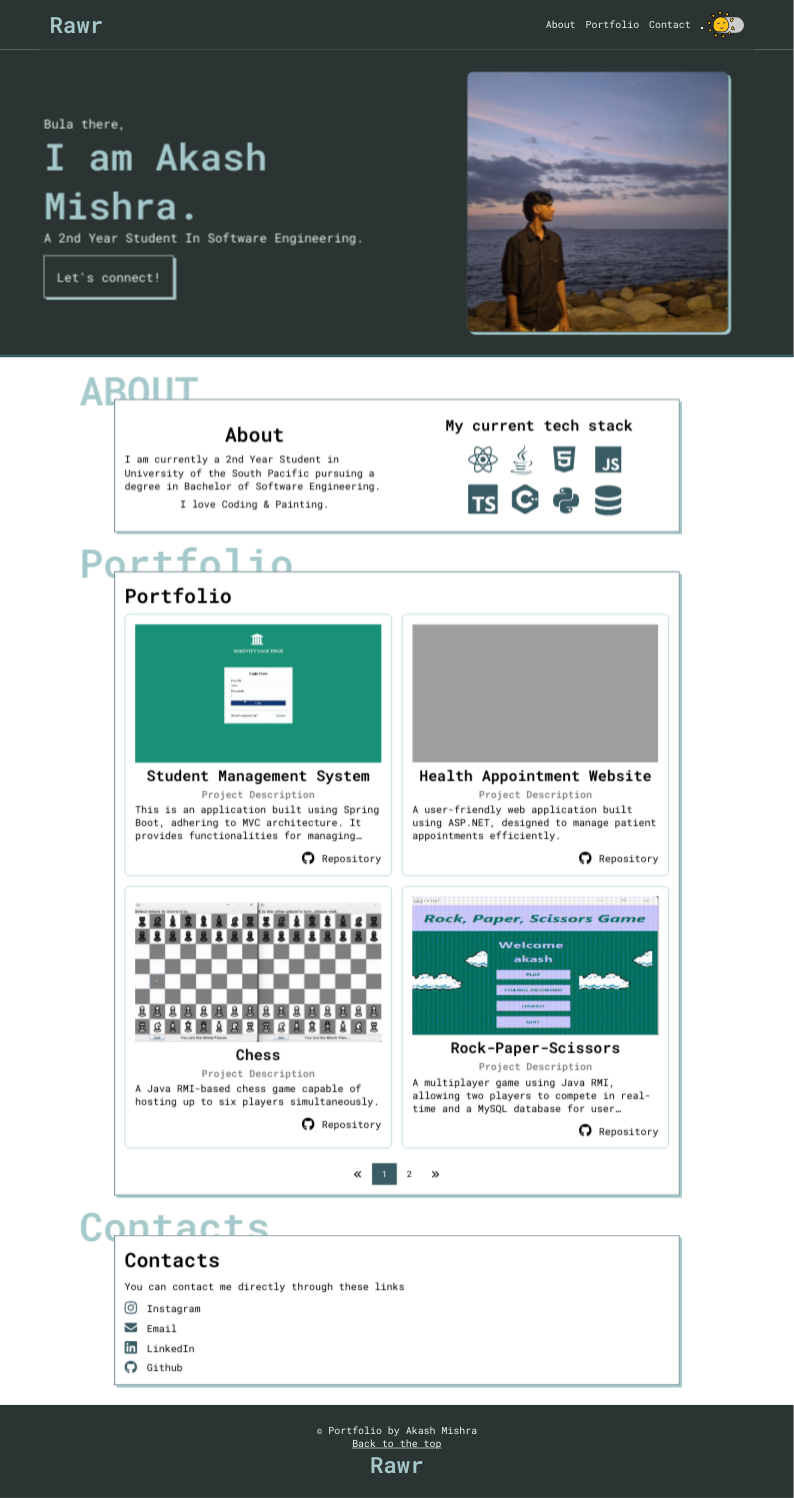
Repository: akashrawr/portfolio
Page: /
An editor plug-in stored every save of this project. The page is shown before and after the next save, followed by the edit.
The browser window is 1280 px wide. The pictures show the whole page, at 62% of full size.
Pictures or frames that could not be fetched are drawn as grey boxes. The project was rebuilt for these pictures with package versions that can differ from the ones it lists, and the page was loaded fresh each time.

Above is the page before, as saved 2025-01-01 19:03:42.

### public/index.html
<!DOCTYPE html>
<html lang="en">
  <head>
    <meta charset="utf-8" />
    <link rel="icon" href="%PUBLIC_URL%/favicon.ico" />
    <meta name="viewport" content="width=device-width, initial-scale=1" />
    <meta name="theme-color" content="#000000" />
    <meta
      name="description"
      content="Personal web Portfolio"
    />
    <link rel="apple-touch-icon" href="%PUBLIC_URL%/logo192.png" />
    <!--
      manifest.json provides metadata used when your web app is installed on a
      user's mobile device or desktop. See https://developers.google.com/web/fundamentals/web-app-manifest/
    -->
    <link rel="manifest" href="%PUBLIC_URL%/manifest.json" />
    <!--
      Notice the use of %PUBLIC_URL% in the tags above.
      It will be replaced with the URL of the `public` folder during the build.
      Only files inside the `public` folder can be referenced from the HTML.

      Unlike "/favicon.ico" or "favicon.ico", "%PUBLIC_URL%/favicon.ico" will
      work correctly both with client-side routing and a non-root public URL.
      Learn how to configure a non-root public URL by running `npm run build`.
    -->
    <title>akashrawr</title>
  </head>
  <body>
    <noscript>You need to enable JavaScript to run this app.</noscript>
    <div id="root"></div>
    <!--
      This HTML file is a template.
      If you open it directly in the browser, you will see an empty page.

      You can add webfonts, meta tags, or analytics to this file.
      The build step will place the bundled scripts into the <body> tag.

      To begin the development, run `npm start` or `yarn start`.
      To create a production bundle, use `npm run build` or `yarn build`.
    -->
  </body>
</html>

### src/App.js
import React, { useState, useEffect } from 'react';
import './App.css';
import AOS from 'aos';
import 'aos/dist/aos.css';

// Import components
import Header from './components/Header';
import Hero from './components/Hero';
import About from './components/About';
import Portfolio from './components/Portfolio';
import Contact from './components/Contact';
import Footer from './components/Footer';

function App() {
  useEffect(() => {
    AOS.init({ once: true, delay: 0 });
  }, []);

  const [isNavVisible, setIsNavVisible] = useState(false);
  const [darkMode, setDarkMode] = useState(false);

  const toggleNav = () => {
    setIsNavVisible(!isNavVisible);
  };

  const toggleDarkMode = () => {
    setDarkMode(!darkMode);
    document.body.classList.toggle('dark-mode', !darkMode);
  };

  return (
    <div>
      <Header
        isNavVisible={isNavVisible}
        toggleNav={toggleNav}
        darkMode={darkMode}
        toggleDarkMode={toggleDarkMode}
      />
      <main>
        <Hero />
        <About />
        <Portfolio />
        <Contact />
      </main>
      <Footer />
    </div>
  );
}

export default App;

### src/App.css
@import url("https://fonts.googleapis.com/css2?family=Roboto+Mono:wght@300;400;600&display=swap");

:root {
  --primary-color: #2c3333;
  --secondary-color: #395b64;
  --accent-1: #a5c9ca;
  --accent-2: #e7f6f2;
  --neutral-1: black;
  --neutral-2: white;
  --neutral-3: white;
  --neutral-4: black;
  --icon-1: #395b64;

  --dark-primary-color: #121212;
  --dark-secondary-color: #1f1f1f;
  --dark-accent-1: #6c757d;
  --dark-accent-2: #adb5bd;
  --dark-neutral-1: #ffffff;
  --dark-neutral-2: #121212;
  --dark-neutral-3:#1f1f1f;
  --dark-neutral-4: #938f8f;
  --dark-icon-1: #938f8f;

}

*,
*::after,
*::before {
  margin: 0;
  padding: 0;
  font-family: "Roboto Mono", monospace;
  box-sizing: border-box;


}

html {
  scroll-behavior: smooth;
}

body {
  overflow-x: hidden;
  background-color: var(--neutral-3);
  color: var(--neutral-1);
  font-family: "Roboto Mono", monospace;
}

body.dark-mode {
  --primary-color: var(--dark-primary-color);
  --secondary-color: var(--dark-secondary-color);
  --accent-1: var(--dark-accent-1);
  --accent-2: var(--dark-accent-2);
  --neutral-1: var(--dark-neutral-1);
  --neutral-2: var(--dark-neutral-2);
  --neutral-3: var(--dark-neutral-3);
  --neutral-4: var(--dark-neutral-4);
  --icon-1:var(--dark-icon-1);
}


/* Navbar styles */

header {
  display: flex;
  align-items: center;
  justify-content: center;

  max-width: 100vw;
  background-color: var(--primary-color);
}

a {
  font-size: 14px;
  text-decoration: none;
}

h1 {
  font-family: "Roboto Mono", monospace;
}

.navbar-nav {
  display: flex;
  align-items: center;
  justify-content: space-between;
  background-color: var(--primary-color);
  padding: 1rem;
  width: 90%;
}

.nav-logo {
  grid-column: 1;
}

.nav-logo > h1 {
  font-size: 30px;
  color: var(--accent-1);
}

.primary-nav {
  display: flex;
  list-style: none;
  gap: 16px;

  grid-column: 2;
  justify-self: end;
}

.mobile-nav-toggle {
  display: none;
  cursor: pointer;
}

.nav-link:link,
.nav-link:visited {
  font-size: 16px;
  color: var(--accent-2);

  transition: 300ms ease-in-out;
}

.nav-link:hover {
  font-weight: 600;
  color: var(--accent-1);
}


/* Dark mode toggle button */
.theme-toggle {
  background: none;
  border: none;
  cursor: pointer;
  padding: 8px;
  display: flex;
  align-items: center;
}

.nav-icons {
  --size: 30px;
  width: var(--size);
  aspect-ratio: 1;
  cursor: pointer;
}



@media only screen and (max-width: 35em) {
  .primary-nav {
    position: fixed;
    top: 0;
    right: 0;
    bottom: 0;
    width: 125px;

    flex-direction: column;
    padding: min(15vh, 3rem) 1rem;
    background-color: var(--primary-color);
    border-left: 2px solid rgb(111, 111, 111); /* Add this line for the left border */

    z-index: 9999;

    transform: translateX(100%);
    transition: transform 350ms ease-out;
  }


  .nav-link:link,
  .nav-link:visited {
    font-size: 15px;
    color: var(--accent-1);
  }

  .primary-nav[data-visible="true"] {
    transform: translateX(0%);
  }

  .mobile-nav-toggle[aria-expanded="true"] {
    background: url('data:[embedded picture, 416 characters]') center center no-repeat;
  }

  .mobile-nav-toggle {
    display: block;
    position: absolute;
    background: url('data:[embedded picture, 417 characters]') center center no-repeat;

    width: 1.25rem;
    aspect-ratio: 1;

    border: none;

    top: 1.4rem;
    right: 2.5rem;
    z-index: 10000;

    transition: 250ms ease-in-out;
  }
}

/* Section styles */

section {
  display: flex;
  align-items: center;
  justify-content: center;

  max-width: 100vw;
  position: relative;
}

/* HERO SECTION */
#hero {
  background-color: var(--primary-color);
  border-bottom: 4px solid var(--icon-1);
  padding: 2.2rem;
}

/* Main container for text and image */
.hero-main-container {
  display: flex;
  flex-wrap: wrap;
  align-items: center;
  justify-content: space-between;
  gap: 16px;
}

/* Text Container */
.hero-container {
  flex: 1;
  display: flex;
  flex-direction: column;
  gap: 16px;
  padding: 2.2rem;
  width: 90%;
  height: 350px;
  animation: fade-in 500ms linear forwards;
}

.hero-text-container > h2 {
  font-size: 28px;
  color: var(--accent-1);
}

.hero-text-container > p {
  font-size: 12px;
  color: var(--accent-2);
}

.hero-button {
  align-self: flex-start;

  font-size: 14px;
  padding: 1em;

  color: var(--accent-2);
  background-color: transparent;

  border: 1px solid var(--accent-2);
  box-shadow: 4px 4px 0px var(--accent-1);

  transition: 300ms ease-in-out;
}

.hero-button:hover {
  background-color: var(--accent-2);
  color: var(--primary-color);
  box-shadow: 6px 6px 0px var(--secondary-color);
}

/* Image Container */
.hero-img {
  flex: 1;
  display: flex;
  justify-content: center;
  align-items: center;
}

.hero-image {
  max-width: 75%;
  height: auto;
  border-radius: 10px;
  box-shadow: 0 4px 8px rgba(0, 0, 0, 0.1);
  border: 1px solid var(--secondary-color);
  background-color: var(--neutral-2);

  width: 100%;


  box-shadow: 4px 4px 0px var(--accent-1);
}


/* Responsive Styles */
@media screen and (max-width: 768px) {
  .hero-main-container {
    flex-direction: column;
  }

  .hero-img {
    margin-top: 20px;
  }

  .hero-text-container {
    text-align: left;
  }
}
.hero-text-container > h2 {
  font-size: 20px;
  color: var(--accent-1);
}
.project-card > h3 {
  font-size: 12px;
  color: var(--secondary-color);
}

/* ABOUT */

#about {
  padding: 2rem;
  margin-top: 36px;
  animation: fade-in 500ms linear forwards;

}

.wave-asset {
  width: 100%;
  position: absolute;

  top: 0;
  left: 0;
}

.about-container {
  display: flex;
  align-items: center;
  justify-content: center;
  background-color: var(--neutral-2);
  width: 90%;
  z-index: 999;
}

.about-card,
.portfolio-card,
.contact-card {
  display: flex;
  flex-direction: column;
  gap: 16px;
  border: 1px solid var(--secondary-color);
  background-color: var(--neutral-2);

  width: 100%;
  padding: 1rem;

  box-shadow: 4px 4px 0px var(--accent-1);
}

.about-content,
.portfolio-content {
  width: 100%;
  display: flex;
  flex-direction: column;
  gap: 8px;
}

.about-content > h2,
.about-content > h3 {
  color: var(--neutral-4);
}

.about-content > p {
  font-size: 12px;
  color: var(--neutral-4);
}

.tech-stack-grid {
  width: 65%;
  display: grid;
  grid-template-columns: repeat(4, 1fr);
  place-items: center;
}

.tech-stack {
  --size: 30px;
  width: var(--size);
  aspect-ratio: 1;
}

/* Portfolio container */

#portfolio {
  padding: 2rem;
  animation: fade-in 500ms linear forwards;
}

.portfolio-container {
  width: 90%;
  z-index: 999;
}

.project-container {
  display: grid;
  grid-template-columns: repeat(2, 1fr);
  gap: 16px;
}

.portfolio-content > h2 {
  color: var(--neutral-4);
}

.project-card {
  display: flex;
  flex-direction: column;
  gap: 4px;

  padding: 1rem;
  border-radius: 8px;
  border: 1px solid var(--accent-1);
}

.project-card > h3 {
  color: var(--neutral-4);
}

.project-card > h5 {
  color: var(--neutral-4);
  opacity: 0.5;
}

.project-card > p {
  font-size: 12px;
  width: 100%;
  display: -webkit-box;
  -webkit-box-orient: vertical;
  -webkit-line-clamp: 3;
  overflow: hidden;
  color: var(--neutral-4);
}

.project-img {
  width: 100%;
  aspect-ratio: 16/9;
}

.project-card-links {
  align-self: flex-end;

  margin-top: 10px;
  display: flex;
  align-items: center;
  gap: 12px;
}

.project-icons {
  --size: 20px;
  width: var(--size);
  aspect-ratio: 1;
}

.project-card-links > a {
  display: flex;
  align-items: center;
  color: var(--neutral-4);
  font-size: 10px;
  gap: 4px;
}

.project-card-links > a:link,
.project-card-links > a:visited {

  color: var(--neutral-4);
}

.project-card-links > a:hover {
  font-weight: 600;
  color: var(--accent-1);
}

/* CONTACT */
#contact {
  padding: 2rem;
  animation: fade-in 500ms linear forwards;
}

.contact-container {
  width: 90%;
  z-index: 999;
}

.contact-card {
  width: 100%;
  gap: 12px;
}
.contact-card > h2 {
    color: var(--neutral-4);
}

.contact-card > p {
  font-size: 12px;
  color: var(--neutral-4);
}

.contact-links {
  display: flex;
  flex-direction: column;
  gap: 8px;
}

.contact-links > a {
  display: flex;
  align-items: center;
  gap: 8px;
}

.contact-links > a:link,
.contact-links > a:visited {
  color: var(--neutral-4);
}

.contact-links > a:hover {
  font-weight: 600;
  color: var(--accent-1);
}
.contact-icons {
  --size: 20px;
  width: var(--size);
  aspect-ratio: 1;
}

/* extras */
.section-highlight {
  font-size: 4rem;
  font-weight: 600;
  opacity: 0.5;
  color: var(--accent-1);

  position: absolute;
  top: 0;
  left: 100px;
}

/* footer */
footer {
  display: flex;
  align-items: center;
  justify-content: center;
  color: var(--accent-2);
  max-width: 100vw;
  background-color: var(--primary-color);
  min-height: 150px;
}

.footer-content {
  text-align: center;
  font-size: 12px;
  width: 90%;

  color: var(--accent-2);
}

.footer-content > a {
  text-decoration: underline;
}

.footer-content > a:link,
.footer-content > a:visited {
  color: var(--accent-2);
}

.footer-content > a:hover {
  color: var(--accent-1);
}
/* media queries */

@media only screen and (max-width: 35em) {
  .hero-container {
    padding: 1rem;
    height: 200px;
  }
  .project-container {
    grid-template-columns: 1fr;
  }
  .tech-stack-grid {
    width: 100%;
  }
  .section-highlight {
    font-size: 3.5rem;
    top: -16px;
    left: 6vw;
  }
}

@media only screen and (min-width: 35em) {
  .hero-container {
    height: 250px;
  }
  .about-container,
  .portfolio-container,
  .contact-container {
    width: 75%;
  }

  .about-card,
  .portfolio-card {
    align-items: center;
    justify-content: center;
    flex-direction: row;
    gap: 20px;
  }

  .section-highlight {
    top: -26px;
    left: 10vw;
  }
}

@media only screen and (min-width: 768px) {
  .nav-logo > h1 {
    font-size: 36px;
  }

  /* hero */
  .hero-container {
    height: 350px;
  }

  .hero-text-container > p {
    font-size: 20px;
  }

  .hero-text-container > h2 {
    font-size: 60px;
  }

  .hero-button {
    font-size: 20px;
  }

  /* about */
  .about-card {
    gap: 40px;
  }

  .about-content > h2 {
    font-size: 32px;
  }

  .about-content > h3 {
    font-size: 24px;
  }

  .about-content > p {
    font-size: 16px;
  }

  .tech-stack-section {
    align-self: flex-start;
    margin-top: 8px;
  }

  .tech-stack {
    --size: 40px;
    width: var(--size);
    aspect-ratio: 1;
  }

  /* portfolio */
  .portfolio-content > h2 {
    font-size: 32px;
  }

  .project-card > h3 {
    font-size: 24px;
  }

  .project-card > h5,
  .project-card > p {
    font-size: 16px;
  }

  .project-card-links > a {
    font-size: 16px;
  }

  /* contacts */
  .contact-card > h2 {
    font-size: 32px;
  }

  .contact-card > p {
    font-size: 16px;
  }

  .contact-links > a {
    font-size: 16px;
  }
  .footer-content,
  .footer-content > a {
    font-size: 16px;
  }
}

@media only screen and (min-width: 1024px) {
  .section-highlight {
    top: -26px;
    left: 10vw;
  }
}

@keyframes fade-in {
  0% {
    opacity: 0;
  }
  100% {
    opacity: 1;
  }
}

/* Adjust specific sections as needed for React-specific behaviors */
.primary-nav.visible {
  transform: translateX(0%);
}

/* The switch - the box around the slider */
.switch {
  position: relative;
  display: inline-block;
  width: 50px;
  height: 25px;
}

/* Hide default HTML checkbox */
.switch input {
  opacity: 0;
  width: 0;
  height: 0;
}

/* The slider */
.slider {
  position: absolute;
  cursor: pointer;
  top: 0;
  left: 0;
  right: 0;
  bottom: 0;
  background-color: #ccc;
  -webkit-transition: .4s;
  transition: .4s;
  border-radius: 25px; /* Rounded edges for the slider */
  display: flex;

  align-items: center;
}

/* Adjust the icon size to 48x48 pixels */
.slider .icon {
  position: absolute;
  width: 48px;
  height: 48px;
  transition: .4s;
}

/* When the input is checked (dark mode is on) */
input:checked + .slider {
  background-color: #3e4346; /* Change background color on check */
}

input:focus + .slider {
  box-shadow: 0 0 1px #2196F3;
}

/* Move the icons when the input is checked (dark mode) */
input:checked + .slider .icon {
  transform: translateX(20px); /* Move the icon to the right */
}

/* Default state (light mode) */
input:not(:checked) + .slider .icon {
  transform: translateX(-15px) translateY(-2px); /* Icon remains in the default position */
  width: 52px; /* Further reduced icon size for very small screens */
  height: 52px; /* Further reduced icon size for very small screens */
}

.about-icon {
  color: var(--icon-1); /* Change to any shade of blue you prefer */
  font-size: 3rem; /* Adjust size as needed */
  margin: 0.5rem;
}

.project-icons {
  margin-right: 0.5rem; /* Space between icon and text */
  font-size: 1.5rem; /* Adjust icon size */
  color: inherit; /* Match the color of the link */
}

.contact-icons {
  margin-right: 0.5rem; /* Space between icon and text */
  font-size: 1.5rem; /* Adjust icon size */
  color: var(--icon-1);
}

/* Responsive Adjustments */
@media (max-width: 768px) {
  .about-icon {
    font-size: 2.5rem; /* Slightly smaller on smaller devices */
    margin: 0.4rem;
  }

  .project-icons {
    font-size: 1.2rem; /* Smaller icon size on smaller screens */
    margin-right: 0.4rem;
  }

  .contact-icons {
    font-size: 1.2rem; /* Smaller icon size on smaller screens */
    margin-right: 0.4rem;
  }
}

@media (max-width: 480px) {
  .about-icon {
    font-size: 2rem; /* Even smaller on very small devices */
    margin: 0.3rem;
  }

  .project-icons {
    font-size: 1rem; /* Further reduced icon size for very small screens */
    margin-right: 0.3rem;
  }

  .contact-icons {
    font-size: 1rem; /* Further reduced icon size for very small screens */
    margin-right: 0.3rem;
  }
}

.pagination {
  display: flex;
  justify-content: center;
  align-items: center;
  margin-top: 1rem;
}

.pagination a {
  color: var(--neutral-4);
  padding: 8px 16px;
  text-decoration: none;
}

.pagination a.active {
  background-color: #395b64;
  color: white;
}

.pagination a:disabled {
  color: grey;
  pointer-events: none;
}

/* Responsive Adjustments */
@media (max-width: 768px) {
  .pagination a {
    padding: 6px 12px; /* Smaller padding for smaller screens */
    font-size: 0.9rem; /* Slightly smaller font size */
  }

  .pagination {
    margin-top: 0.75rem; /* Adjust margin top for smaller screens */
  }
}

@media (max-width: 480px) {
  .pagination a {
    padding: 4px 8px; /* Even smaller padding for very small screens */
    font-size: 0.8rem; /* Smaller font size for very small screens */
  }

  .pagination {
    margin-top: 0.5rem; /* Adjust margin top for very small screens */
  }
}

### src/components/Header.js
import React from 'react';
import { FontAwesomeIcon } from '@fortawesome/react-fontawesome';

function Header({ isNavVisible, toggleNav, darkMode, toggleDarkMode }) {
  return (
    <header>
      <nav className="navbar-nav">
        <div className="nav-logo">
          <h1>Rawr</h1>
        </div>

        <button
          className="mobile-nav-toggle"
          aria-controls="primary-nav"
          aria-expanded={isNavVisible}
          onClick={toggleNav}
        >
          <FontAwesomeIcon icon="fa-solid fa-angles-left" />
        </button>

        <ul
          id="primary-nav"
          className={`primary-nav ${isNavVisible ? 'visible' : ''}`}
          data-visible={isNavVisible}
        >
          <li>
            <a className="nav-link" href="#about" onClick={toggleNav}>About</a>
          </li>
          <li>
            <a className="nav-link" href="#portfolio" onClick={toggleNav}>Portfolio</a>
          </li>
          <li>
            <a className="nav-link" href="#contact" onClick={toggleNav}>Contact</a>
          </li>
          {/* User Login Button */}
          <li>
          <button>
              <FontAwesomeIcon icon="fa-solid fa-user" className="user-icon" />
            </button>
          </li>
          <li>
            <label className="switch" aria-label="Toggle dark mode">
              <input
                type="checkbox"
                checked={darkMode}
                onChange={toggleDarkMode}
                aria-checked={darkMode}
              />
              <span className="slider round">
                {!darkMode ? (
                  <img className="icon" src="./assets/icons/sun.svg" alt="Light Mode" />
                ) : (
                  <img className="icon" src="./assets/icons/moon.svg" alt="Dark Mode" />
                )}
              </span>
            </label>
          </li>
          {/* User Login Button */}
        </ul>
      </nav>
    </header>
  );
}

export default Header;

### src/components/Hero.js
import React from 'react';

function Hero() {
  return (
    <section id="hero">
      <div className="hero-main-container">
        {/* Text and Button Container */}
        <div className="hero-container">
          <div className="hero-text-container" data-aos="fade-up">
            <p>Bula there,</p>
            <h2>I am Akash Mishra.</h2>
            <p>A 2nd Year Student In Software Engineering.</p>
          </div>
          <a href="#contact" className="hero-button" data-aos="fade-up">
            Let's connect!
          </a>
        </div>

        {/* Image Container */}
        <div className="hero-img" data-aos="fade-up">
          <img className="hero-image" src="./assets/images/akash.jpg" alt="akash" />
        </div>
      </div>
    </section>
  );
}

export default Hero;

### src/components/Contact.js
import React from 'react';
import { FontAwesomeIcon } from '@fortawesome/react-fontawesome';
import {
  faInstagram,
  faGithub,
  faLinkedin
} from '@fortawesome/free-brands-svg-icons';
import {
  faEnvelope
} from '@fortawesome/free-solid-svg-icons';

function Contact() {
  return (
    <section id="contact">
      <h2 className="section-highlight" data-aos="fade-up">Contacts</h2>
      <div className="contact-container" data-aos="fade-up">
        <div className="contact-card">
          <h2>Contacts</h2>
          <p>You can contact me directly through these links</p>

          <div className="contact-links">
            <a href="https://www.instagram.com/_acnologxa" className="contact-link">
              <FontAwesomeIcon icon={faInstagram} className="contact-icons" />
              Instagram
            </a>

            <a href="mailto:akashkm553@gmail.com" className="contact-link">
              <FontAwesomeIcon icon={faEnvelope} className="contact-icons" />
              Email
            </a>

            <a href="https://www.linkedin.com/in/akashmishra-rawr" className="contact-link">
              <FontAwesomeIcon icon={faLinkedin} className="contact-icons" />
              LinkedIn
            </a>

            <a href="https://github.com/akashrawr" className="contact-link">
              <FontAwesomeIcon icon={faGithub} className="contact-icons" />
              Github
            </a>
          </div>
        </div>
      </div>
    </section>
  );
}

export default Contact;

### src/components/Footer.js
import React from 'react';

function Footer() {
  return (
    <footer>
      <div className="footer-content">
        © Portfolio by Akash Mishra <br/>
        <a href="#hero">Back to the top</a>
        <div className="nav-logo">
          <h1>Rawr</h1>
        </div>
      </div>

    </footer>
  );
}

export default Footer;

Loaded but not shown: src/index.js (common file); src/index.css (common file); src/reportWebVitals.js (common file); src/components/Portfolio.js (95 lines, source omitted); src/data/projects.js (74 lines, source omitted); src/components/About.js (54 lines, source omitted)

After the next save:
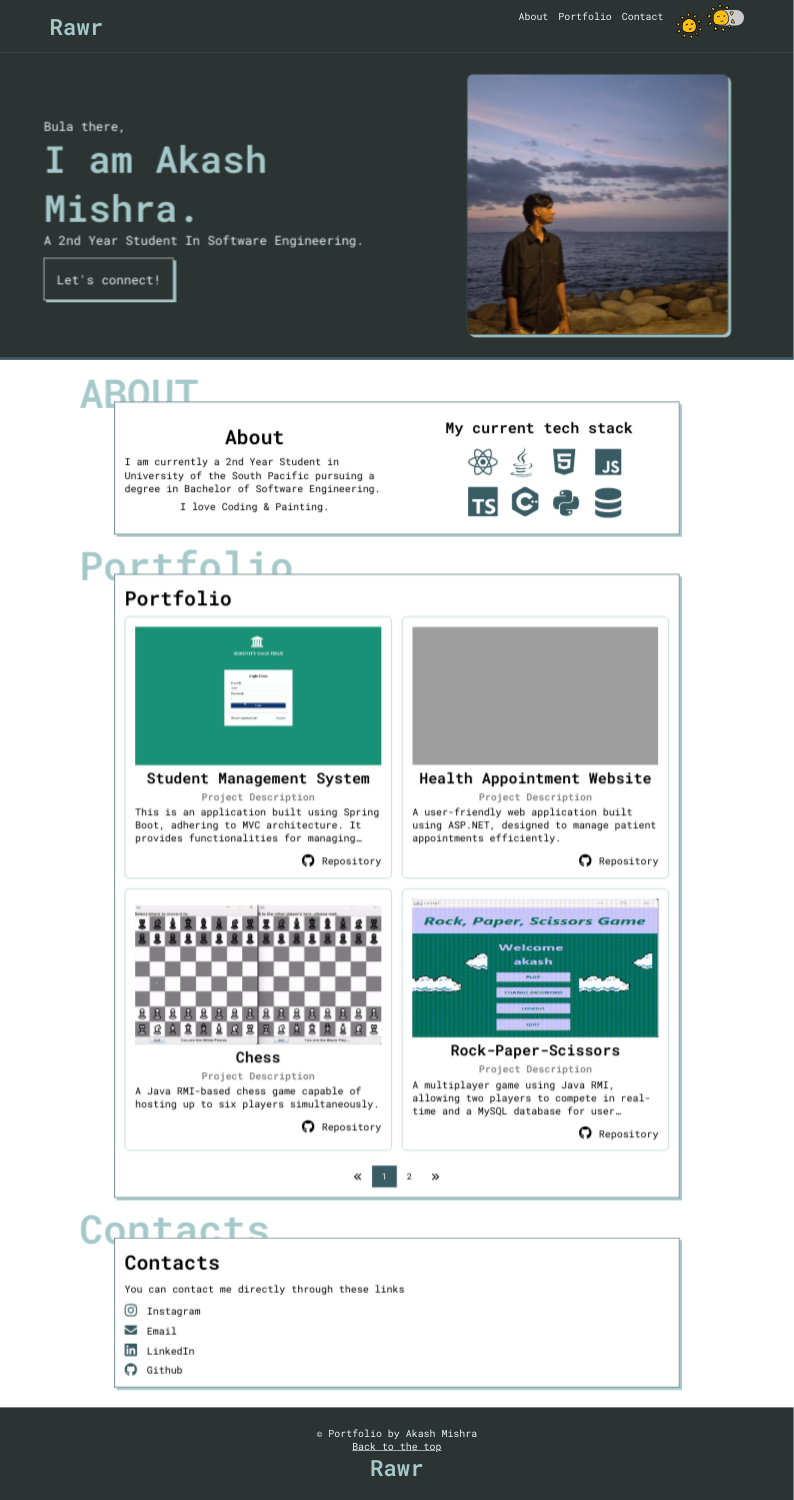
Saved 21 s later.
--- a/src/components/Header.js
+++ b/src/components/Header.js
@@ -34,9 +34,7 @@ function Header({ isNavVisible, toggleNav, darkMode, toggleDarkMode }) {
           </li>
           {/* User Login Button */}
           <li>
-          <button>
-              <FontAwesomeIcon icon="fa-solid fa-user" className="user-icon" />
-            </button>
+          <img className="icon" src="./assets/icons/sun.svg" alt="Light Mode" />
           </li>
           <li>
             <label className="switch" aria-label="Toggle dark mode">
